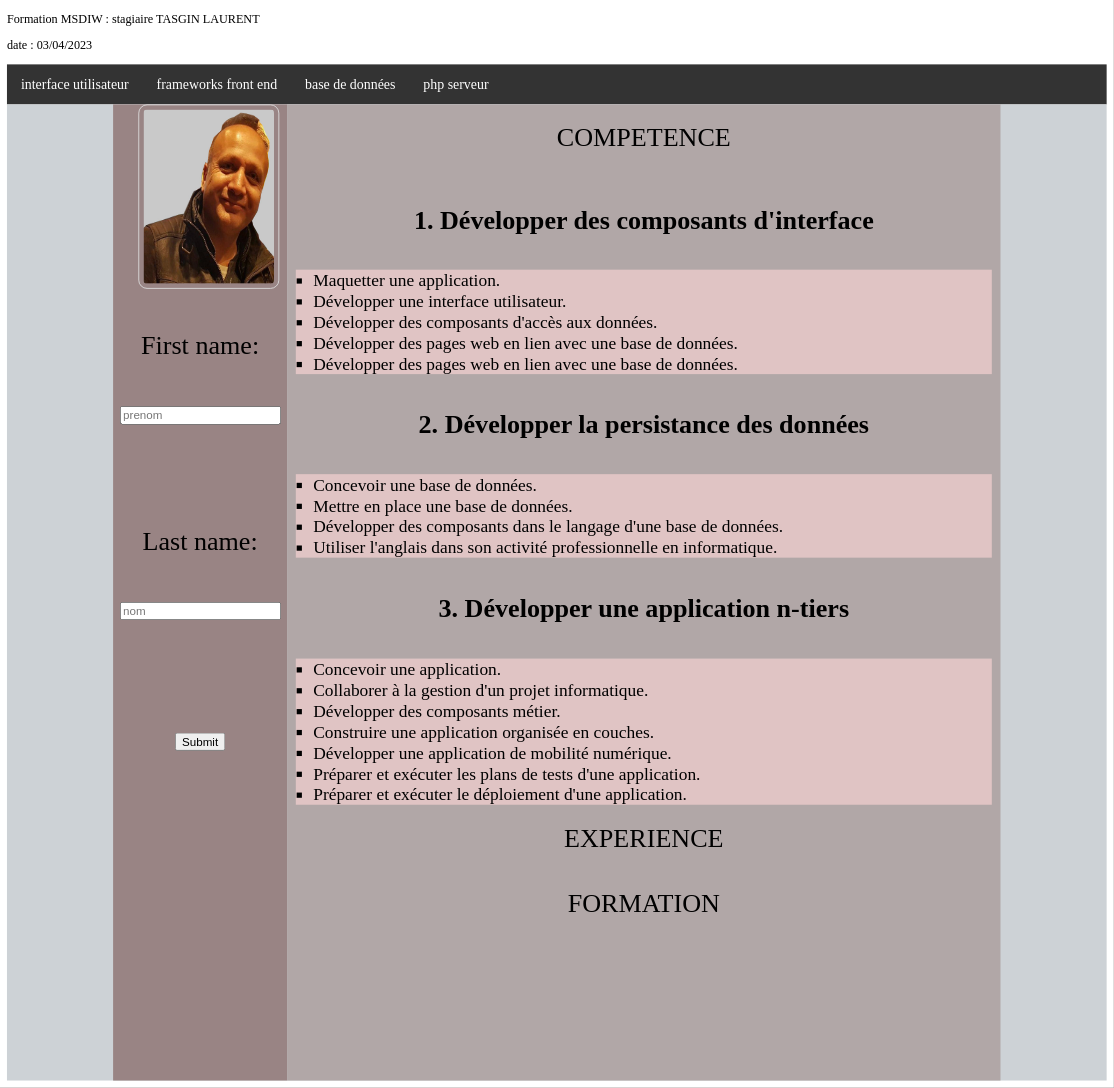
Repository: laurentbul/ApplicationEssai
Page: exercice/ex1/stagiaire_laurent/BACK/BDD/SQL/bdd1_alimenter.html
The author's editor kept a copy of each file at every save. The page is drawn from the files as they stood at one save, then again after the next save.
The browser window is 1280 px wide. The pictures show the whole page, at 87% of full size.

Above is the page before, as saved 2023-04-06 05:30:47.

After the next save:
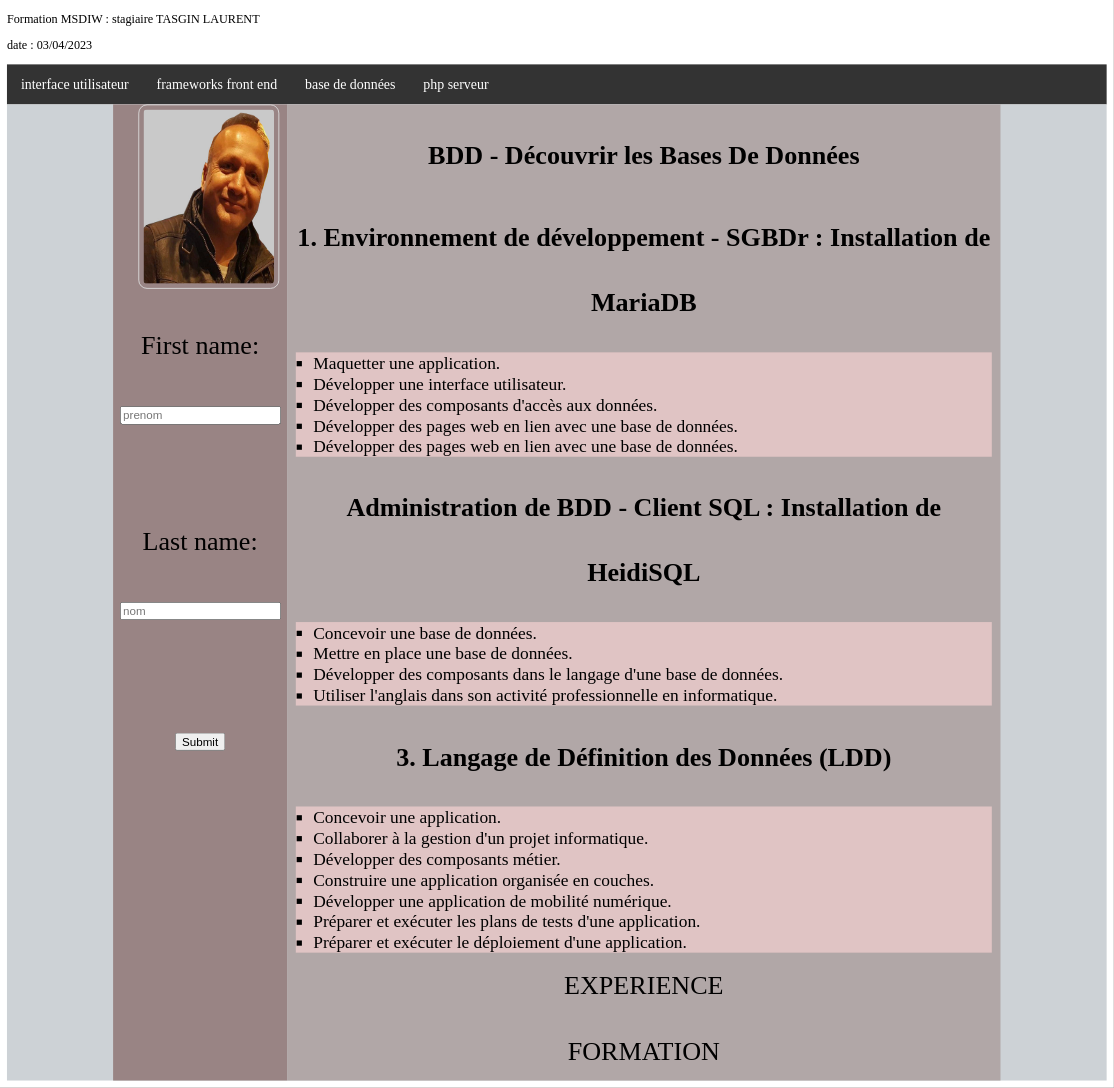
Saved 9 min 47 s later.
--- a/exercice/ex1/stagiaire_laurent/BACK/BDD/SQL/bdd1_alimenter.html
+++ b/exercice/ex1/stagiaire_laurent/BACK/BDD/SQL/bdd1_alimenter.html
@@ -38,8 +38,9 @@
       </form>
     </div>
     <div class="div_droite">
-      <div>COMPETENCE
-        <h1 class="titre">1. Développer des composants d'interface</h1>
+      <div>
+        <h1>BDD - Découvrir les Bases De Données</h1>
+        <h1 class="titre">1. Environnement de développement - SGBDr : Installation de MariaDB</h1>
         <ul class="paragraphe" >
           <li class="competence"> Maquetter une application.</li>
           <li class="competence"> Développer une interface utilisateur.</li>
@@ -47,14 +48,14 @@
           <li class="competence"> Développer des pages web en lien avec une base de données.</li>
           <li class="competence"> Développer des pages web en lien avec une base de données.</li>
         </ul>
-        <h1 class="titre">2. Développer la persistance des données</h1>
+        <h1 class="titre">Administration de BDD - Client SQL : Installation de HeidiSQL</h1>
         <ul class="paragraphe" >
           <li class="competence">Concevoir une base de données.</li>
           <li class="competence">Mettre en place une base de données.</li>
           <li class="competence">Développer des composants dans le langage d'une base de données.</li>
           <li class="competence"> Utiliser l'anglais dans son activité professionnelle en informatique.</li>
         </ul>
-        <h1 class="titre">3. Développer une application n-tiers</h1>
+        <h1 class="titre">3. Langage de Définition des Données (LDD)</h1>
         <ul class="paragraphe">
           <li class="competence"> Concevoir une application.</li>
           <li class="competence"> Collaborer à la gestion d'un projet informatique.</li>
